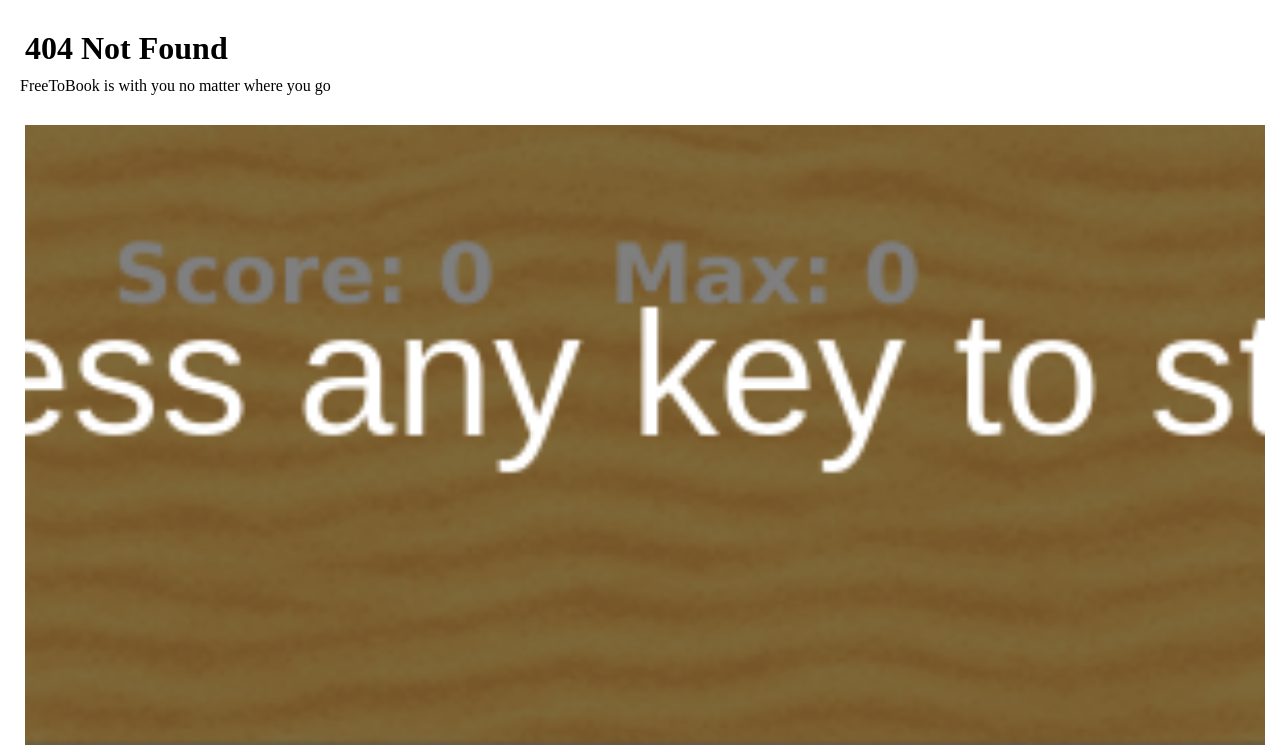
Repository: btgoo/game
Page: car.html
An editor plug-in stored every save of this project. The page is shown before and after a run of saves, followed by the edit.
The browser window is 1280 px wide. The pictures show the whole page.

Above is the page before, as saved 2025-10-26 02:59:15.

After the next 4 saves:
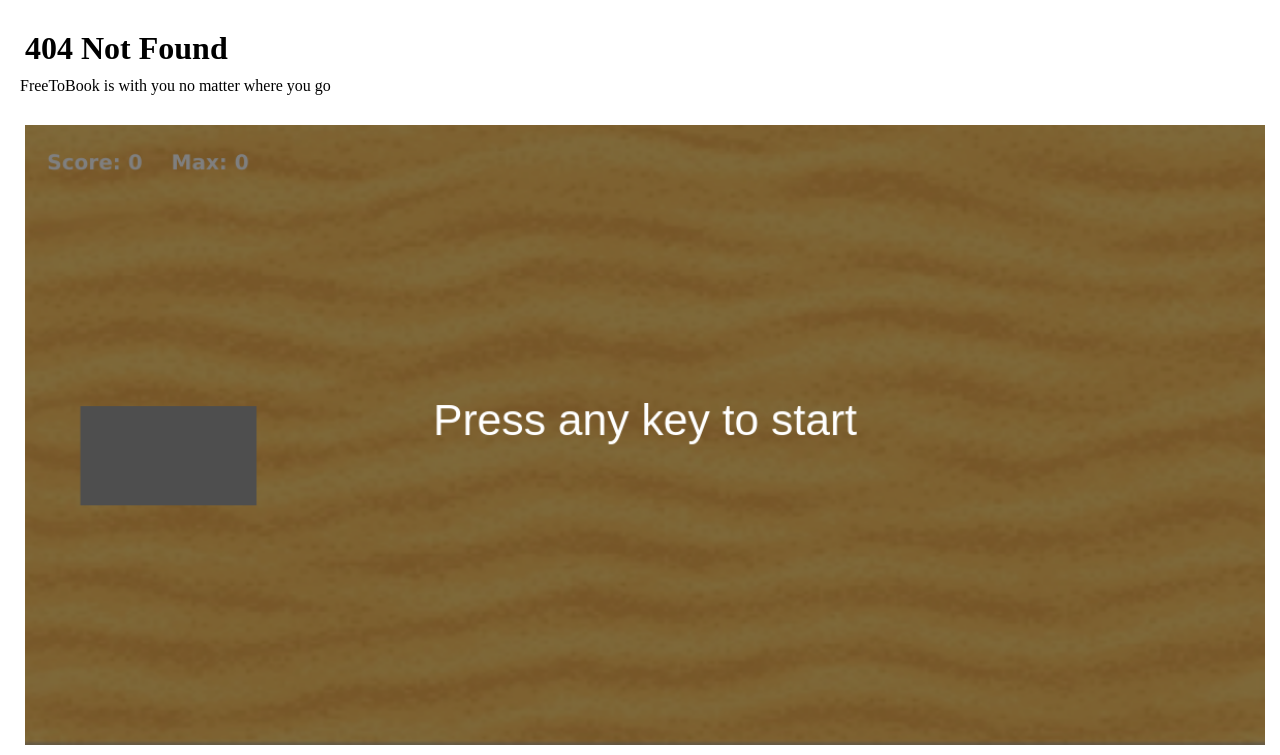
The 4 saves are shown as one change because they came seconds apart.
The last was saved 13 s later.
--- a/carscript.js
+++ b/carscript.js
@@ -85,7 +85,8 @@ function setScreen() {
   canvas.width = GAME_WIDTH * scaleRatio;
   canvas.height = GAME_HEIGHT * scaleRatio;
   } else {
-
+    canvas.width = GAME_WIDTH;
+    canvas.height = GAME_HEIGHT;
   }
   setupLanes();
 }
